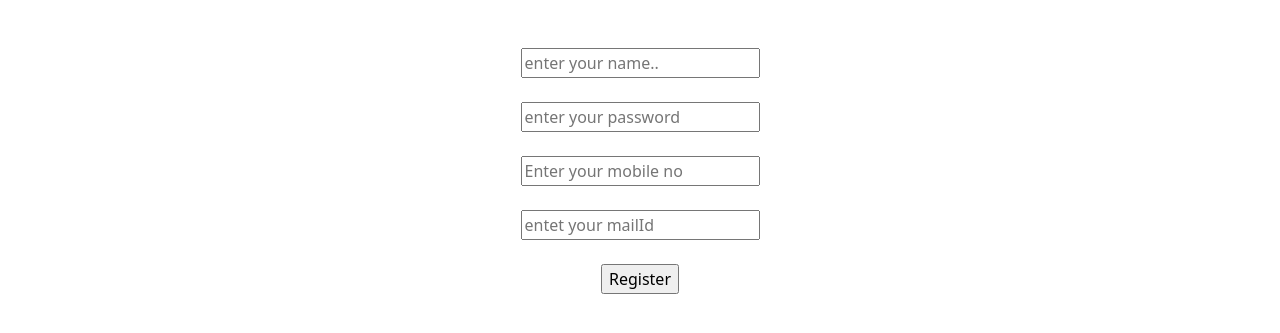
Repository: bpgujjari/Java-Logics
Page: conditional and looping programs/RathanSir/Project-K/src/main/webapp/regstration.html
An editor plug-in stored every save of this project. The page is shown before and after the next save, followed by the edit.
The browser window is 1280 px wide. The pictures show the whole page.

Above is the page before, as saved 2023-03-12 12:16:12.

### conditional and looping programs/RathanSir/Project-K/src/main/webapp/regstration.html
<!DOCTYPE html>
<html>
<head>
<meta charset="ISO-8859-1">
<title>Insert title here</title>
<link href="https://cdn.jsdelivr.net/npm/bootstrap@5.3.0-alpha1/dist/css/bootstrap.min.css" rel="stylesheet" integrity="sha384-GLhlTQ8iRABdZLl6O3oVMWSktQOp6b7In1Zl3/Jr59b6EGGoI1aFkw7cmDA6j6gD" crossorigin="anonymous">
<script src="https://cdn.jsdelivr.net/npm/bootstrap@5.3.0-alpha1/dist/js/bootstrap.bundle.min.js" integrity="sha384-w76AqPfDkMBDXo30jS1Sgez6pr3x5MlQ1ZAGC+nuZB+EYdgRZgiwxhTBTkF7CXvN" crossorigin="anonymous"></script>
</head>
<body bgcolor="pink" style="text-align: center;" >
<form method="post" action="RegServlet" ><br><br>
<input type="text" name="name" placeholder="enter your name.."><br><br>
<input type="password" name="password" placeholder="enter your password"><br><br>
<input type="number" name="number" placeholder="Enter your mobile no"><br><br>
<input type="email" name="email" placeholder="entet your mailId"><br><br>
<input type="submit" value="Register">
</form>
</body>
</html>

After the next save:
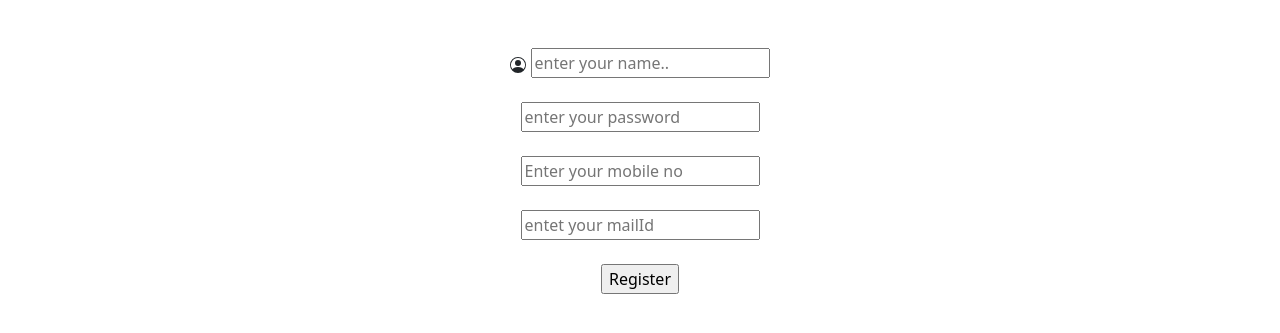
Saved 2 min 45 s later.
--- a/conditional and looping programs/RathanSir/Project-K/src/main/webapp/regstration.html
+++ b/conditional and looping programs/RathanSir/Project-K/src/main/webapp/regstration.html
@@ -8,6 +8,10 @@
 </head>
 <body bgcolor="pink" style="text-align: center;" >
 <form method="post" action="RegServlet" ><br><br>
+<svg xmlns="http://www.w3.org/2000/svg" width="16" height="16" fill="currentColor" class="bi bi-person-circle" viewBox="0 0 16 16">
+  <path d="M11 6a3 3 0 1 1-6 0 3 3 0 0 1 6 0z"/>
+  <path fill-rule="evenodd" d="M0 8a8 8 0 1 1 16 0A8 8 0 0 1 0 8zm8-7a7 7 0 0 0-5.468 11.37C3.242 11.226 4.805 10 8 10s4.757 1.225 5.468 2.37A7 7 0 0 0 8 1z"/>
+</svg>
 <input type="text" name="name" placeholder="enter your name.."><br><br>
 <input type="password" name="password" placeholder="enter your password"><br><br>
 <input type="number" name="number" placeholder="Enter your mobile no"><br><br>
